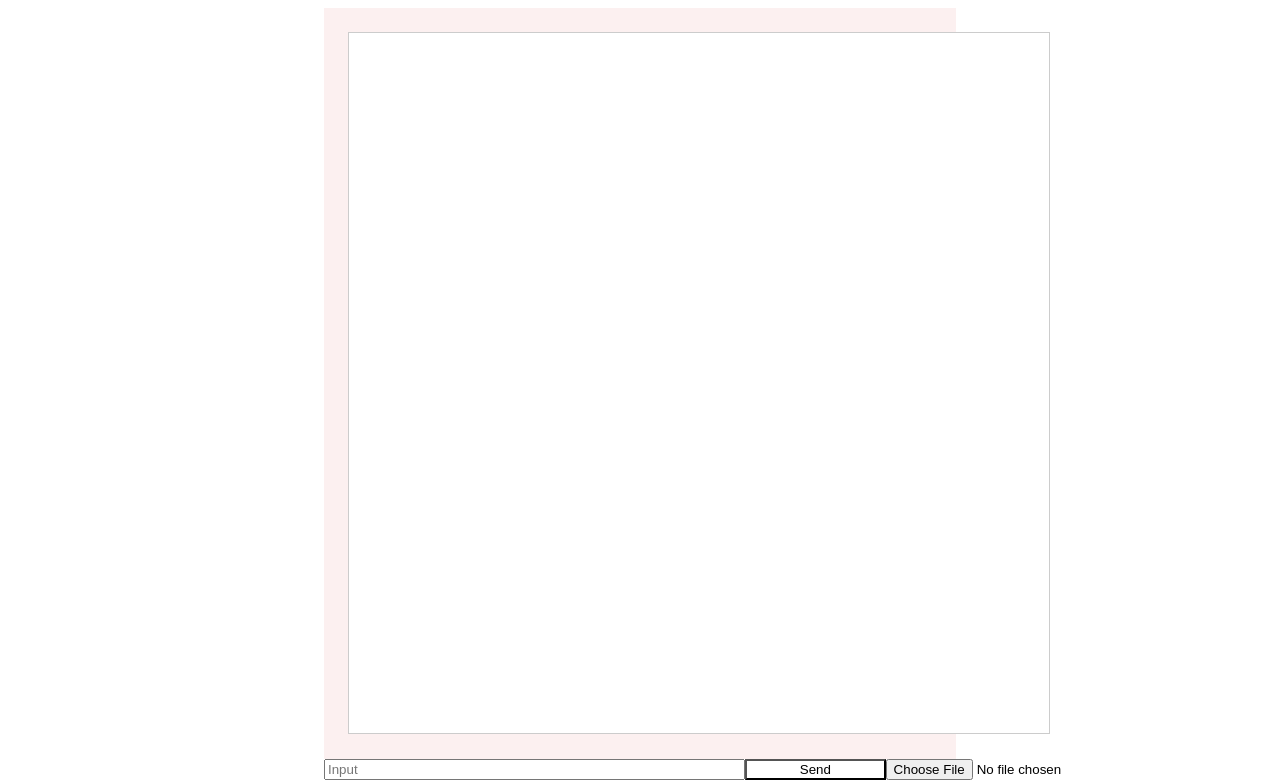
Repository: ddt2h/node-express-chat
Page: front/index.html
An editor plug-in stored every save of this project. The page is shown before and after the next save, followed by the edit.
The browser window is 1280 px wide. The pictures show the whole page.
The page's requests for data from a server got no answer.

Above is the page before, as saved 2024-07-08 16:02:14.

### front/index.html
<!DOCTYPE html>
<html lang="en">

<head>
    <meta charset="UTF-8">
    <meta name="viewport" content="width=device-width, initial-scale=1.0">
    <style>
        body {
            display: grid;
            justify-items: center;
            height: 100vh;
        }

        .mainframe {
            width: 50%;
            height: 80%;
            background-color: rgb(252, 240, 240);
            display: grid;
            grid-template-columns: repeat(5, 1fr);
            grid-template-rows: repeat(5, 1fr);
            grid-column-gap: 0px;
            grid-row-gap: 0px;
        }

        .mainframe-input {
            grid-area: 5 / 1 / 6 / 4;
        }

        .mainframe-send {
            grid-area: 5 / 4 / 6 / 5;
            background-color: rgb(255, 255, 255);
        }

        .mainframe-attach {
            grid-area: 5 / 5 / 6 / 6;
        }

        .mainframe-field {
            grid-area: 1 / 1 / 5 / 6;
            background-color: rgb(255, 255, 255);
            margin: 3%;
            width: 700px;
            height: 700px;
            overflow-y: auto;
            border: 1px solid #ccc;
        }

        .message-author {
            font-weight: bold;
            font-size: 1.5em;
        }

        .message-text {
            margin: 5px 0;
        }

        .message-image {
            max-height: 300px;
        }

        .message-container-single {
            display: flex;
            flex-direction: column;
        }
    </style>

    <title>---</title>
</head>

<body>
    <div class="mainframe">
        <input type="text" class="mainframe-input" id="input" placeholder="Input">
        <input type="button" class="mainframe-send" id="send" value="Send">
        <input type="file" id="attach" class="mainframe-attach">
        <div class="mainframe-field" id="mainframe-field">
        </div>

</body>

<script>
    const sendButtonElement = document.getElementById('send');
    const inputElement = document.getElementById('input');
    const attachElement = document.getElementById('attach');
    const messageContainer = document.getElementById('mainframe-field');

    let attachFileData = null;
    let latestDataId = 0;
    let username = generateRandomString(10);

    function generateRandomString(length) {
        const characters = 'ABCDEFGHIJKLMNOPQRSTUVWXYZabcdefghijklmnopqrstuvwxyz0123456789';
        let result = '';
        const charactersLength = characters.length;
        for (let i = 0; i < length; i++) {
            result += characters.charAt(Math.floor(Math.random() * charactersLength));
        }
        return result;
    }

    function addMessageGraphics(author, text, image) {

        const singleMessageDiv = document.createElement('div');
        singleMessageDiv.className = 'message-container-single';

        const authorSpan = document.createElement('span');
        authorSpan.className = 'message-author';
        authorSpan.textContent = author;

        const textParagraph = document.createElement('p');
        textParagraph.className = 'message-text';
        textParagraph.textContent = text;

        const imageElement = document.createElement('img');
        imageElement.className = 'message-image';

        singleMessageDiv.appendChild(authorSpan);
        singleMessageDiv.appendChild(textParagraph);

        if (image) {
            imageElement.src = image;
            singleMessageDiv.appendChild(imageElement);
        }

        messageContainer.appendChild(singleMessageDiv);
    }

    function autoUpdate() {
        const messages = fetch(`http://localhost:3001/message/${latestDataId}`, {
            method: 'GET',
            headers: {
                'Content-Type': 'application/json'
            }
        });
        messages.then(data => data.json().then(arr => {
            if (arr.length) {
                latestDataId = latestDataId + arr.length;
                for (let i = 0; i < arr.length; i++) {
                    const arrElement = JSON.parse(arr[i]);
                    addMessageGraphics(arrElement.author, arrElement.message, arrElement.data);
                }
                messageContainer.scrollTop = messageContainer.scrollHeight;
                autoUpdate();
            }
            //Mb handle timeout???
        }));
    }

    autoUpdate();

    sendButtonElement.addEventListener("click", () => {

        if (!inputElement.value && !attachFileData) {
            alert('No data to send');
            return;
        }

        const response = fetch('http://localhost:3001/message',
            {
                method: 'POST',
                headers: {
                    'Content-Type': 'application/json'
                },
                body: JSON.stringify({
                    author: username,
                    message: inputElement.value,
                    data: attachFileData
                })
            });

        response.then(ok => { inputElement.value = ''; attachFileData = null; }).catch(err => alert(err));
    });

    attachElement.addEventListener('change', function (event) {
        const uploadedFileInfo = attachElement.files[0];
        let formData = null;


        if (uploadedFileInfo) {
            const reader = new FileReader();

            reader.onload = function (event) {
                attachFileData = event.target.result;
            };
            reader.readAsDataURL(uploadedFileInfo);
        }
    });

</script>

</html>

After the next save:
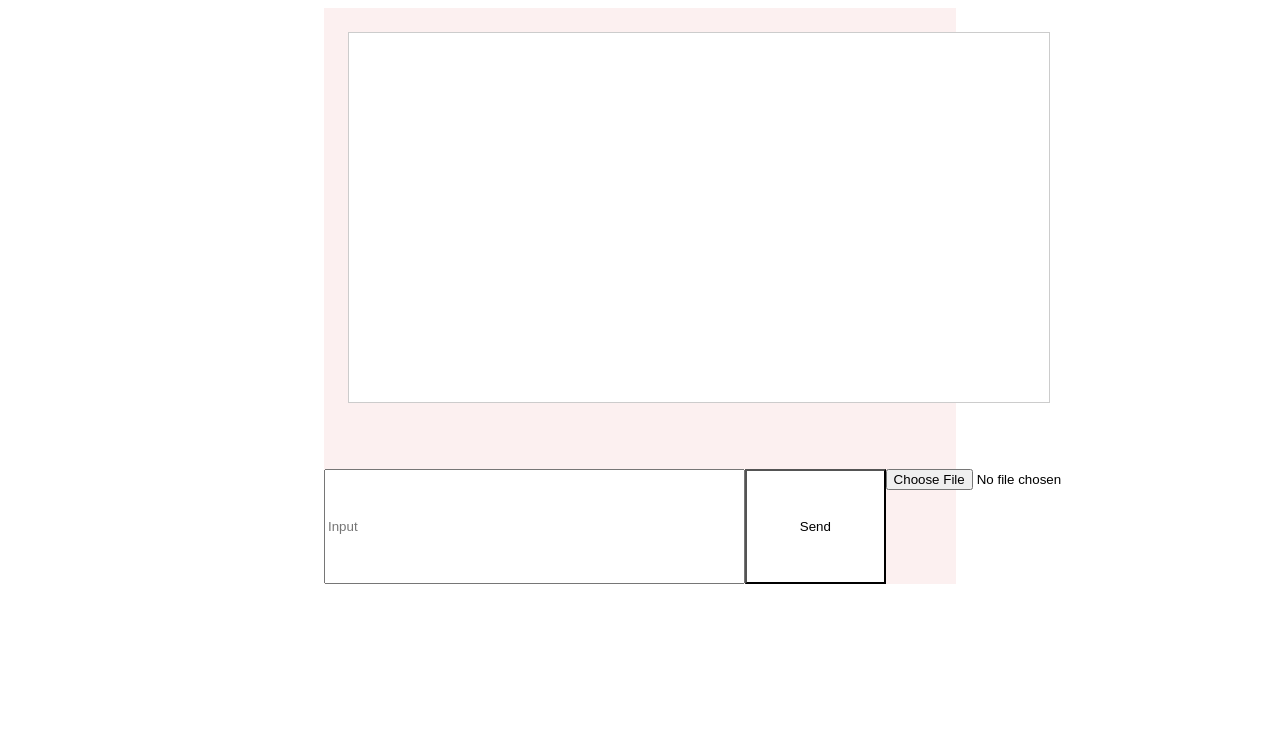
Saved 9 s later.
--- a/front/index.html
+++ b/front/index.html
@@ -40,7 +40,7 @@
             background-color: rgb(255, 255, 255);
             margin: 3%;
             width: 700px;
-            height: 700px;
+            height: 80%;
             overflow-y: auto;
             border: 1px solid #ccc;
         }

After the save that followed:
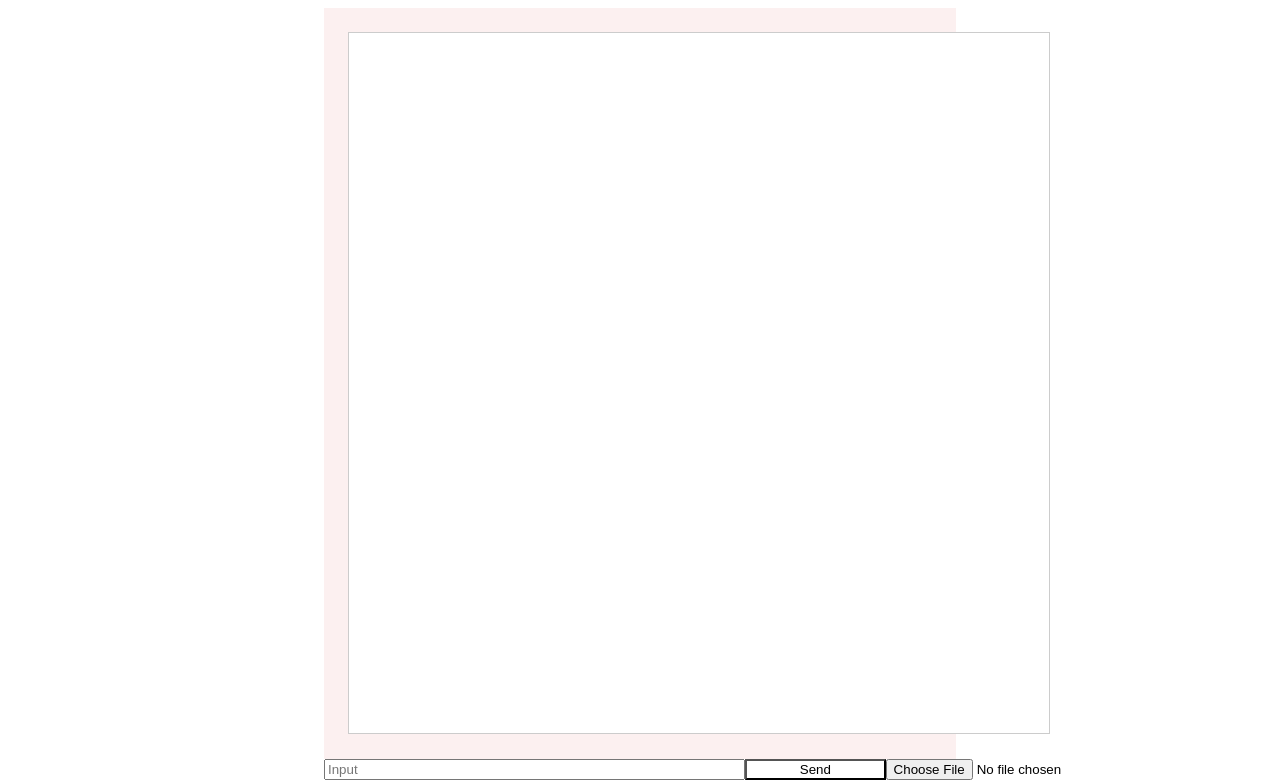
Saved 4 s later.
--- a/front/index.html
+++ b/front/index.html
@@ -40,7 +40,7 @@
             background-color: rgb(255, 255, 255);
             margin: 3%;
             width: 700px;
-            height: 80%;
+            height: 700px;
             overflow-y: auto;
             border: 1px solid #ccc;
         }
